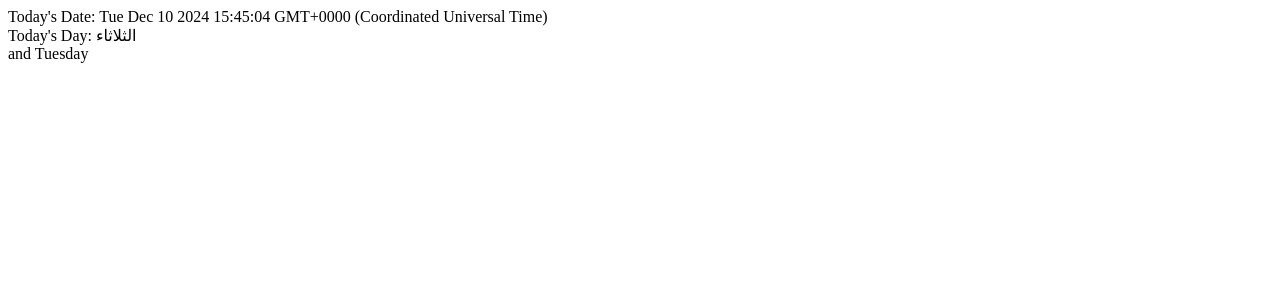
Repository: not-midozayn/JavaScript-Practice
Page: html-css-js-bootstrap labs solutions/CSTD lab 5/3.html
The author's editor kept a copy of each file at every save. The page is drawn from the files as they stood at one save, then again after a run of saves.
The browser window is 1280 px wide. The pictures show the whole page.

Above is the page before, as saved 2025-05-18 23:29:32.

### html-css-js-bootstrap labs solutions/CSTD lab 5/3.html
<!DOCTYPE html>
<html lang="en">
<head>

    <title>3</title>
</head>
<body>
    <script>
        // var Days = ["Sunday","Monday","Tuesday","Wednesday","thursday","Friday","saturday"]
        var today = new Date();
        var dayAr_Eg = today.toLocaleDateString("ar-EG", { weekday: "long" });
        var dayEn_US = today.toLocaleDateString("en-US", { weekday: "long" });
        document.write(`Today's Date: ${today}</br>Today's Day: ${dayAr_Eg}<br> and ${dayEn_US}`);
        // document.write(Days[day]);
    </script>
</body>
</html></br>

After the next 2 saves:
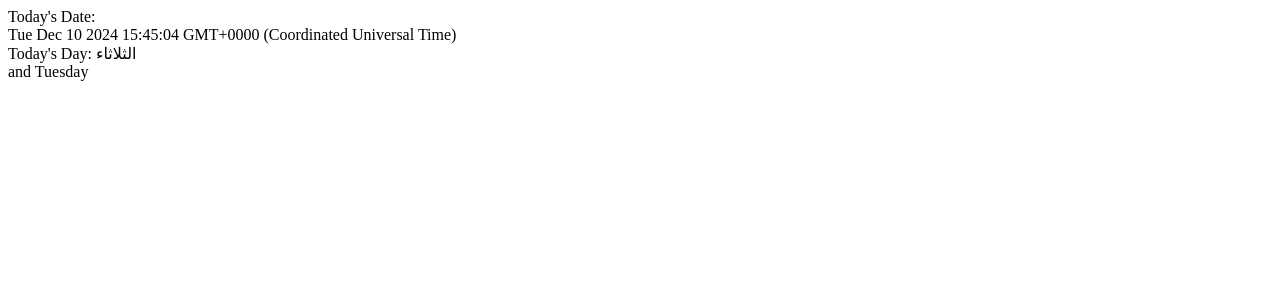
The 2 saves are shown as one change because they came seconds apart.
The last was saved 6 s later.
--- a/html-css-js-bootstrap labs solutions/CSTD lab 5/3.html
+++ b/html-css-js-bootstrap labs solutions/CSTD lab 5/3.html
@@ -10,8 +10,8 @@
         var today = new Date();
         var dayAr_Eg = today.toLocaleDateString("ar-EG", { weekday: "long" });
         var dayEn_US = today.toLocaleDateString("en-US", { weekday: "long" });
-        document.write(`Today's Date: ${today}</br>Today's Day: ${dayAr_Eg}<br> and ${dayEn_US}`);
+        document.write(`Today's Date: </br>${today}</br>Today's Day: ${dayAr_Eg}<br> and ${dayEn_US}`);
         // document.write(Days[day]);
     </script>
 </body>
-</html></br>
+</html>

After the 2 saves that followed:
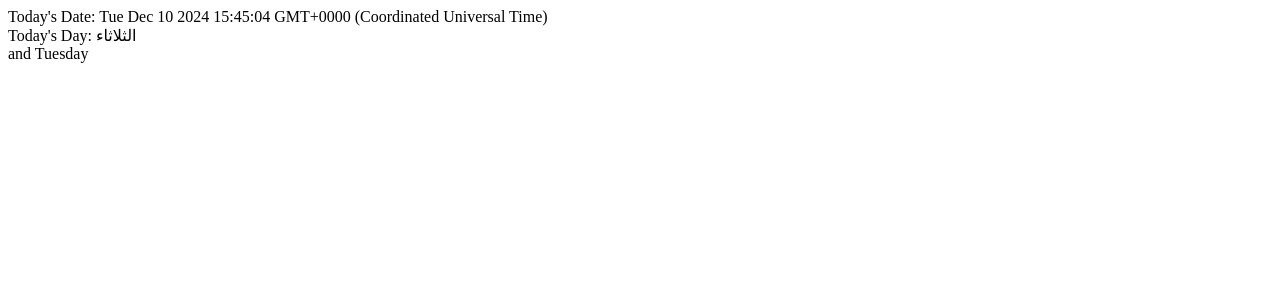
The 2 saves are shown as one change because they came seconds apart.
The last was saved 8 s later.
--- a/html-css-js-bootstrap labs solutions/CSTD lab 5/3.html
+++ b/html-css-js-bootstrap labs solutions/CSTD lab 5/3.html
@@ -10,7 +10,7 @@
         var today = new Date();
         var dayAr_Eg = today.toLocaleDateString("ar-EG", { weekday: "long" });
         var dayEn_US = today.toLocaleDateString("en-US", { weekday: "long" });
-        document.write(`Today's Date: </br>${today}</br>Today's Day: ${dayAr_Eg}<br> and ${dayEn_US}`);
+        document.write(`Today's Date: ${today}</br> Today's Day: ${dayAr_Eg}<br> and ${dayEn_US}`);
         // document.write(Days[day]);
     </script>
 </body>
